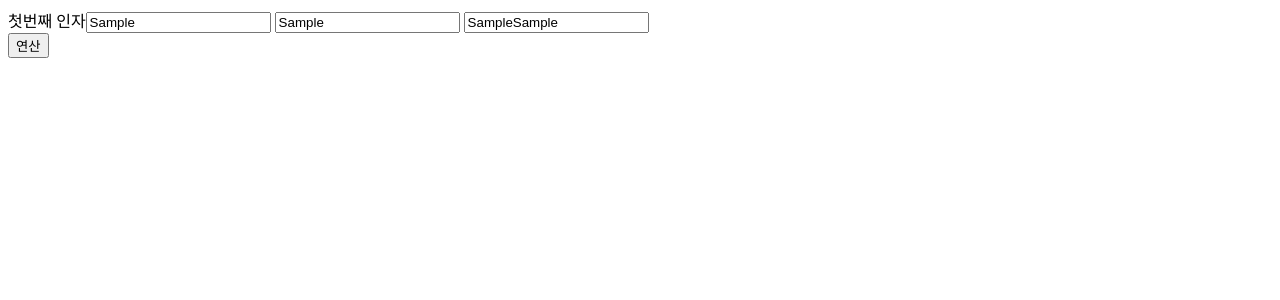
Repository: yeojeonghyeon/sixth
Page: java/ScriptWorld/WebContent/ui/MyApp.html
An editor plug-in stored every save of this project. The page is shown before and after the next save, followed by the edit.
The browser window is 1280 px wide. The pictures show the whole page.
Empty fields were first filled with sample values (such as "Sample", 5 or name@example.com).
After loading, the first visible `#performBtn` was clicked once.

Above is the page before, as saved 2019-04-22 07:54:11.

### java/ScriptWorld/WebContent/ui/MyApp.html
<!DOCTYPE html>
<html>
<head>
<meta charset="utf-8">
<title>Insert title here</title>
<style>
</style>
<script>
document.addEventListener("DOMContentLoaded", function(){
	var btn = document.getElementById("performBtn");
	btn.addEventListener("click", function(){
		var firstOp = document.getElementById("firstOp");
		var secondOp = document.getElementById("secondOp");
		var result = document.getElementById("result");
		result.value = firstOp.value+secondOp.value;
	});
});
</script>
</head>
<body>
	<label for="firstOp">첫번째 인자</label><input type="text" id="firstOp">
	<input type="text" id="secondOp">
	<input type="text" id="result">
	<br>
	<button id="performBtn">연산</button>
</body>
</html>

After the next save:
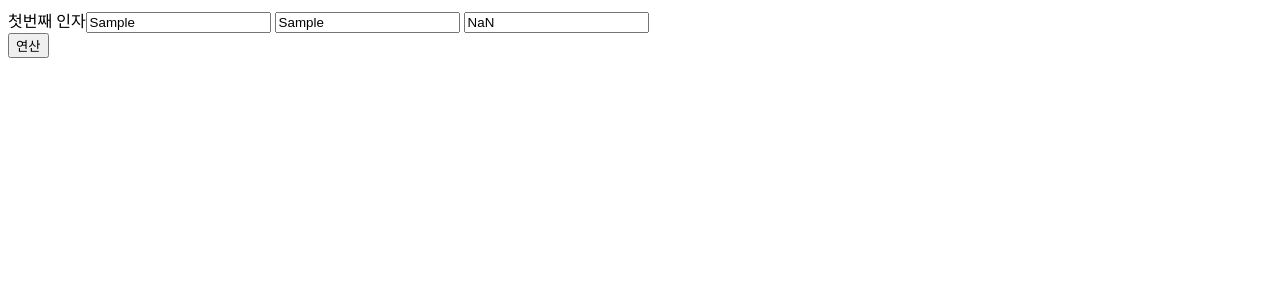
Saved 63 s later.
--- a/java/ScriptWorld/WebContent/ui/MyApp.html
+++ b/java/ScriptWorld/WebContent/ui/MyApp.html
@@ -12,7 +12,7 @@ document.addEventListener("DOMContentLoaded", function(){
 		var firstOp = document.getElementById("firstOp");
 		var secondOp = document.getElementById("secondOp");
 		var result = document.getElementById("result");
-		result.value = firstOp.value+secondOp.value;
+		result.value = parseInt(firstOp.value)+parseInt(secondOp.value);
 	});
 });
 </script>
